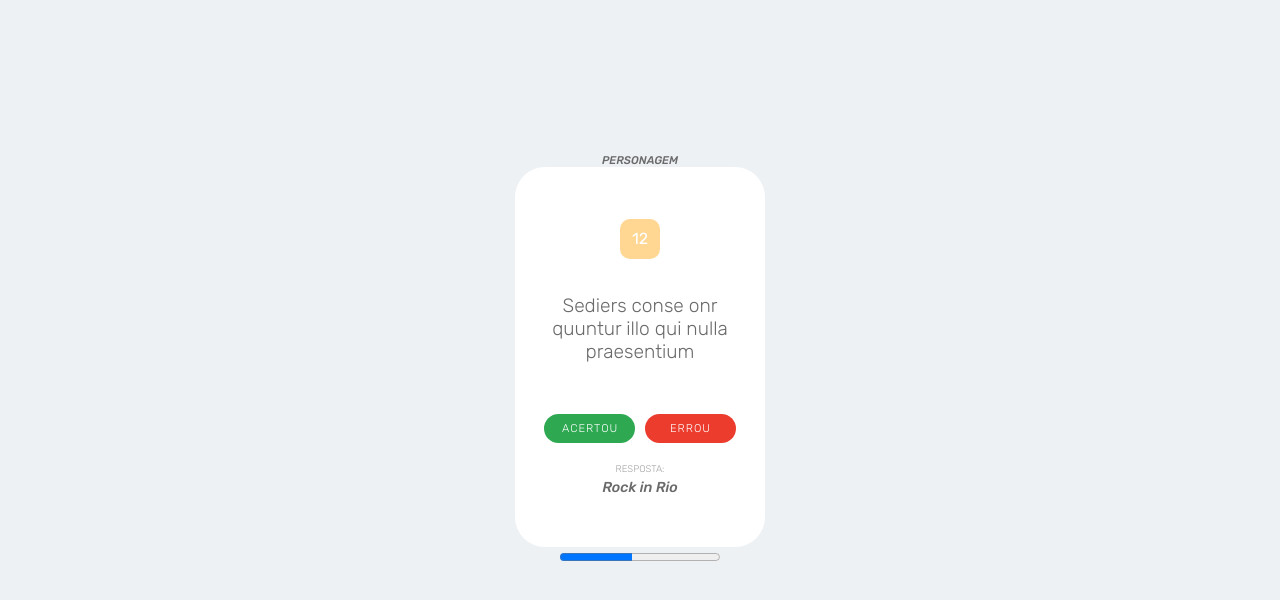
Repository: lucasthaynan/acertai
Page: index.html
An editor plug-in stored every save of this project. The page is shown before and after the next save, followed by the edit.
The browser window is 1280 px wide. The pictures show the whole page.

Above is the page before, as saved 2024-04-14 20:59:24.

### index.html
<!DOCTYPE html>
<html lang="en">
<head>
    <meta charset="UTF-8">
    <meta http-equiv="X-UA-Compatible" content="IE=edge">
    <meta name="viewport" content="width=device-width, initial-scale=1.0">
    <link rel="stylesheet" href="style.css">

    <title>AcertAí - Jogo</title>
</head>
<body>

    <section class="home">

        <div class="head-game">
            <img src="./imagens/logo.png" alt="">
            <div class="curve"></div>
        </div>

        <div class="option-times">
            <div class="two-times">2 times</div>
            <div class="three-times">3 times</div>
        </div>

    </section>

    <section class="info-times">

        <div class="container">
            <div class="name">
                <label>Nome do time</label>
                <input type="text" name="name_time" placeholder="Time A">
            </div>

            <div class="avatar">
                <p>Selecionar avatar</p>
                <div class="options-avatar">

                    <div class="image select" id="a">
                        <img src="./imagens/avatar/avatar_a.jpg" alt="">
                    </div>
                    <div class="image" id="b">
                        <img src="./imagens/avatar/avatar_a.jpg" alt="">
                    </div>
                    <div class="image" id="c">
                        <img src="./imagens/avatar/avatar_a.jpg" alt="">
                    </div>
                    <div class="image" id="d">
                        <img src="./imagens/avatar/avatar_a.jpg" alt="">
                    </div>
                    <div class="image" id="e">
                        <img src="./imagens/avatar/avatar_a.jpg" alt="">
                    </div>
                    <div class="image" id="f">
                        <img src="./imagens/avatar/avatar_a.jpg" alt="">
                    </div>
                </div>

            </div>

            <div class="container-btn">
                <input type="submit" value="Concluir">
            </div>

        </div>
    </section>


    <section class="random-category">
        <div class="category lugar view">
            <p>Lugar</p>
        </div>
        <div class="category personagem">
            <p>Personagem</p>
        </div>
        <div class="category tecnologia">
            <p>Tecnologia</p>
        </div>
        <div class="category objeto">
            <p>Objeto</p>
        </div>
        <div class="category ano">
            <p>Ano</p>
        </div>
    </section>

    <section class="select-tips personagem">

        <div class="name-category">
            <p>Personagem</p>
        </div>

        <div class="container options-game">

            <p>Escolher dica</p>

            <div class="options">
                <div class="btn" id="1">01</div>
                <div class="btn select" id="2">02</div>
                <div class="btn" id="3">03</div>
                <div class="btn" id="4">04</div>
                <div class="btn" id="5">05</div>
                <div class="btn" id="6">06</div>
                <div class="btn" id="7">07</div>
                <div class="btn" id="8">08</div>
                <div class="btn" id="9">09</div>
                <div class="btn" id="10">10</div>
                <div class="btn" id="11">11</div>
                <div class="btn" id="12">12</div>
                <div class="btn" id="13">13</div>
                <div class="btn" id="14">14</div>
                <div class="btn" id="15">15</div>
                <div class="btn" id="16">16</div>
                <div class="btn" id="17">17</div>
                <div class="btn" id="18">18</div>
                <div class="btn" id="19">19</div>
                <div class="btn" id="20">20</div>
            </div>

        </div>

        <div class="container tip">

            <div>
                <div class="number-tip">12</div>
                <div class="phrase">
                    <p>Sediers conse onr quuntur illo qui nulla praesentium</p>
                </div>
                <div class="btns-result">
                    <div class="right">Acertou</div>
                    <div class="missed">Errou</div>
                </div>

                <div class="result-correct">
                    <p>Resposta:</p>
                    <p class="name-correct">Rock in Rio</p>
                </div>
            </div>

        </div>

        <div class="time-process">

            <progress class="progress is-info" value="45" max="100">
                45%
            </progress>
        </div>

    </section>



    <script src="./main.js"></script>
</body>
</html>

### style.css


@import url('https://fonts.googleapis.com/css2?family=Rubik:ital,wght@0,300..900;1,300..900&display=swap');


:root {
  --lugar: #FFD793;
  --personagem: #4074F5;
  --tecnologia: #28A37A;
  --objeto: #FE8369;
  --ano: #AF55CC;

  --bg-secundaria: #4074F5;
  --bg-claro: #FFFFFF;
  --bg: #EDF1F4;

  --text-claro: #FFFFFF;
  --text-escuro: #6A6A6A;

  --border: #E8EAEE;
  --border-active: #4074F5;

  --btn-right: #2FA852;
  --btn-missed: #EB3C2E;
}

* {
  margin: 0;
  padding: 0;

  font-family: "Rubik", sans-serif;
  font-optical-sizing: auto;
  font-size: 1rem;
  font-weight: 400;
  font-style: normal;

}


section {
    display: none;
    width: 100vw;
    height: 100vh;
    flex-direction: column;
    align-items: center;
    justify-content: flex-start;

}

p {
    font-size: 0.7rem;
    color: var(--text-escuro);
    font-style: italic;
    font-weight: 500;
    text-transform: uppercase;
}

/* HOME */

section.home {
    /* display: flex; */
    display: none;
    background-color: var(--bg);
}

section.home > div.head-game {
    display: flex;
    flex-direction: column;
    align-items: center;
    justify-content: center;
    width: 100vw;
    height: 230px;
    background-color: var(--bg-secundaria);
}

section.home > div.head-game img {
    width: 170px;
}

section.home > div.option-times {
    margin-top: 50px;
}

section.home > div.option-times > div {

    background-color: var(--btn-right);
    color: var(--text-claro);
    text-align: center;
    padding: 10px 40px;
    border-radius: 50px;
    margin-top: 30px;

    letter-spacing: 2.5px;
    text-transform: uppercase;
    font-weight: 300;
    font-size: 0.9rem;

    /* filter: drop-shadow(2px 2px 3px #d4d4d4); */

}


/* INFOS TIMES */

section.info-times {
    /* display: flex; */
    display: none;
    justify-content: center;
    align-items: center;
    background-color: var(--bg);
}

section.info-times .container {
    width: 250px;
    height: 400px;
    border-radius: 30px;
    background-color: var(--bg-claro);
}

section.info-times .avatar {
    display: flex;
    flex-direction: row;
    flex-wrap: wrap;
    justify-content: center;
    align-items: center;
}

section.info-times .options-avatar {
    display: flex;
    flex-direction: row;
    flex-wrap: wrap;
    justify-content: center;
    align-items: center;
    gap: 5px;
}


section.info-times .avatar img {
    width: 60px;
    border: 2px solid var(--border);
    border-radius: 16px;
    cursor: pointer;
}

section.info-times .avatar .select > img {
    border: 2px solid var(--border-active);
}

section.info-times .name {
    display: flex;
    flex-direction: column;
    justify-content: center;
    align-items: center;
    margin: 30px 0;
}

section.info-times .name label,
section.info-times .avatar p {
    font-size: 0.7rem;
    color: var(--text-escuro);
    font-style: italic;
    font-weight: 500;
    text-transform: uppercase;
    margin: 7px 0px;
}

section.info-times .container-btn {
    display: flex;
    justify-content: center;
    margin-top: 20px;
}


section.info-times .container-btn input {

    background-color: var(--btn-right);
    color: var(--text-claro);
    text-align: center;
    padding: 8px 25px;
    border-radius: 50px;
    margin-top: 15px;

    letter-spacing: 2.5px;
    text-transform: uppercase;
    font-weight: 300;
    font-size: 0.7rem;

    border: 0px;

}



section.info-times {
    /* display: flex; */
    display: none;
    justify-content: center;
    align-items: center;
    background-color: var(--bg);
}


/* RANDOM CATEGORY */

section.random-category {
    /* display: flex; */
    display: none;
    justify-content: center;
    align-items: center;
    background-color: var(--bg);
}

section.random-category .category {
    display: none;
    width: 100vw;
    height: 100vh;

}

section.random-category .category p {
    background-color: rgba(0, 0, 0, 0.208);
    color: var(--text-claro);
    text-align: center;
    padding: 10px 40px;
    border-radius: 50px;
    margin-top: 15px;

    letter-spacing: 2.5px;
    text-transform: uppercase;
    font-weight: 300;
    font-size: 1.2rem;

    border: 0px;
}

section.random-category .category.view {
    display: flex;
    /* display: none; */
    justify-content: center;
    align-items: center;
    background-color: var(--lugar);
}


section.random-category .category.lugar {
    background-color: var(--lugar);
}

section.random-category .category.personagem {
    background-color: var(--personagem);
}

section.random-category .category.tecnologia {
    background-color: var(--tecnologia);
}

section.random-category .category.ano {
    background-color: var(--ano);
}

section.random-category .category.objeto {
    background-color: var(--objeto);
}



/* SELECT TIPS */

section.select-tips {
    display: flex;
    /* display: none; */
    justify-content: center;
    align-items: center;
    flex-direction: column;
    background-color: var(--bg);
}


section.select-tips .container {
    width: 250px;
    height: 380px;
    border-radius: 30px;
    background-color: var(--bg-claro);
}

section.select-tips .container.options-game {
    /* display: flex; */
    display: none;
    flex-direction: column;
    justify-content: center;
    align-items: center;
}

section.select-tips .container.options-game .options {
    display: flex;
    flex-direction: row;
    justify-content: center;
    align-items: center;
    flex-wrap: wrap;
    gap: 8px;
    padding: 20px 20px;
}

section.select-tips .container.options-game .options div.btn {
    width: 20px;
    height: 20px;
    background-color: var(--lugar);
    padding: 10px;
    border-radius: 10px;
    display: flex;
    justify-content: center;
    align-items: center;
    color: var(--text-claro);
    cursor: pointer;
}


section.select-tips .container.options-game .options div.btn.select {
    opacity: 0.4;
    cursor: none;
    pointer-events: none;
}

section.select-tips .container.tip,
section.select-tips .container.tip > div {
    display: flex;
    /* display: none; */
    flex-direction: column;
    justify-content: center;
    align-items: center;

}

section.select-tips .container.tip > div {
    padding: 30px 20px;
    gap: 20px;
}
section.select-tips .container.tip .number-tip {
    width: 20px;
    height: 20px;
    background-color: var(--lugar);
    padding: 10px;
    border-radius: 10px;
    display: flex;
    justify-content: center;
    align-items: center;
    color: var(--text-claro);
    cursor: pointer;
}

section.select-tips .container.tip .phrase {
    height: 100px;
    display: flex;
    justify-content: center;
    align-items: center;
}

section.select-tips .container.tip .phrase p {
    text-align: center;
    font-size: 1.2rem;
    font-style: normal;
    font-weight: 300;
    text-transform: none;
}

section.select-tips .container.tip .btns-result {
    display: flex;
    flex-direction: row;
    justify-content: center;
    gap: 10px;
}


section.select-tips .container.tip .right,
section.select-tips .container.tip .missed {

    color: var(--text-claro);
    text-align: center;
    padding: 8px 18px;
    border-radius: 50px;
    margin-top: 15px;
    width: 55px;

    letter-spacing: 1px;
    text-transform: uppercase;
    font-weight: 300;
    font-size: 0.7rem;

    border: 0px;
}

section.select-tips .container.tip .right {
    background-color: var(--btn-right);
}

section.select-tips .container.tip .missed {
    background-color: var(--btn-missed);

}

section.select-tips .container.tip .result-correct p:nth-child(1) {
    text-align: center;
    font-size: 0.6rem;
    font-style: normal;
    font-weight: 300;
    text-transform: uppercase;
    color: #a1a1a1;

}

section.select-tips .container.tip .result-correct p.name-correct {
    text-align: center;
    font-size: 0.9rem;
    font-style: bold;
    font-weight: 500;
    text-transform: none;
    margin-top: 5px;
}

### main.js
let dataCartas;

// Função para carregar o JSON via Fetch
function carregarCartas() {
    fetch('./data/cartas.json')
        .then(response => {
            if (!response.ok) {
                throw new Error('Erro ao carregar o arquivo JSON');
            }
            return response.json();
        })
        .then(data => {
            dataCartas = data.cartas;
            // Aqui você pode fazer o que quiser com os dados carregados
            console.log(data);
            // Por exemplo, você pode chamar uma função para manipular as cartas
            manipularCartas(data.cartas);
        })
        .catch(error => {
            console.error('Ocorreu um erro:', error);
        });
}

// Função para embaralhar a ordem das afirmações
function embaralharAfirmações(afirmações) {
    // Copiando o array de afirmações
    const afirmaçõesEmbaralhadas = afirmações.slice();
    // Embaralhando o array
    for (let i = afirmaçõesEmbaralhadas.length - 1; i > 0; i--) {
        const j = Math.floor(Math.random() * (i + 1));
        [afirmaçõesEmbaralhadas[i], afirmaçõesEmbaralhadas[j]] = [afirmaçõesEmbaralhadas[j], afirmaçõesEmbaralhadas[i]];
    }
    return afirmaçõesEmbaralhadas;
}

// Função para manipular as cartas
function manipularCartas(cartas) {
    // Aqui você pode fazer o que quiser com as cartas, como exibir na tela, etc.
    // Por enquanto, vamos apenas imprimir no console
    cartas.forEach(carta => {
        console.log('Categoria:', carta.categoria);
        console.log('Resposta:', carta.resposta);
        console.log('Dificuldade:', carta.dificuldade);
        console.log('Afirmações:');
        const afirmaçõesEmbaralhadas = embaralharAfirmações(carta.afirmações);
        afirmaçõesEmbaralhadas.forEach(afirmação => {
            console.log('-', afirmação);
        });
        console.log('------------------');
    });
}

// Chamando a função para carregar as cartas quando a página é carregada
carregarCartas();

### data/cartas.json
{
    "cartas": [
      {
        "categoria": "Tecnologia",
        "resposta": "QR Code",
        "id": "TEC-01",
        "dificuldade": "médio",
        "afirmações": [
          "Foi criado no Japão",
          "É uma forma de código de barras",
          "Usado para armazenar informações",
          "Pode ser escaneado por smartphones",
          "Utilizado em pagamentos móveis",
          "Desenvolvido originalmente para a indústria automotiva",
          "Possui padrão de matriz quadrada",
          "Pode ser usado em marketing",
          "Armazena mais dados que um código de barras tradicional",
          "Sua leitura é rápida",
          "Contém padrões de erro para integridade de dados",
          "Pode ser personalizado esteticamente",
          "Utilizado em ingressos de eventos",
          "Também serve para acessar sites",
          "Pode conter vCards em eventos de networking",
          "Utilizado em ações de realidade aumentada",
          "Popular em campanhas publicitárias",
          "Pode codificar informação em ambos os eixos",
          "Usado em cartões de visita digitais",
          "Crescente uso em sistemas de saúde"
        ]
      },
      {
        "categoria": "Personagem",
        "resposta": "Cleópatra",
        "id": "PER-01",
        "dificuldade": "médio",
        "afirmações": [
          "Foi a última rainha do Egito",
          "Conhecida por sua beleza e inteligência",
          "Teve um caso com Júlio César",
          "Aliou-se politicamente com Marco Antônio",
          "Descendente da dinastia de Ptolomeu",
          "Sua morte marcou o fim do Egito Ptolomaico",
          "Conhecida por sua habilidosa diplomacia",
          "Famosa por um banho de leite",
          "Representada frequentemente em obras de arte",
          "Uma figura popular na história romana",
          "Foi mãe de Caesário",
          "Sua morte foi por suicídio, dizem, com uma áspide",
          "Ela reinou por 21 anos",
          "Habilmente manteve o poder enquanto aliada de Roma",
          "Tentou restaurar o prestígio de seu reino",
          "Reputada por ser poliglota",
          "Sua história foi dramatizada por Shakespeare",
          "Conhecida também por suas conquistas científicas",
          "Foi um ícone feminino da antiguidade",
          "Sua vida inspirou numerosos filmes"
        ]
      },
      {
        "categoria": "Lugar",
        "resposta": "Ilha de Páscoa",
        "id": "LUG-01",
        "dificuldade": "médio",
        "afirmações": [
          "Localizada no Oceano Pacífico",
          "Conhecida pelos moais, grandes estátuas de pedra",
          "Território é uma província do Chile",
          "É um dos locais mais isolados habitados do mundo",
          "Primeiro contato europeu em 1722",
          "Também chamada de Rapa Nui",
          "Polinésios são considerados os primeiros habitantes",
          "Tem um clima subtropical",
          "É uma atração turística popular",
          "A ilha tem uma área de cerca de 163 km²",
          "Os moais foram criados para honrar antepassados importantes",
          "Inscrita como Patrimônio Mundial da UNESCO",
          "Sua ecologia sofreu devido ao desmatamento",
          "A ilha também possui um vulcão adormecido",
          "Existem teorias sobre a extinção da cultura local",
          "A população local restringe turistas para conservar a cultura",
          "Artefatos antigos são encontrados por toda a ilha",
          "Tem um aeroporto que conecta ao continente",
          "Estudos indicam que a ilha foi povoada no século IV",
          "A ilha tem uma limitada biodiversidade devida à isolamento"
        ]
      },
      {
        "categoria": "Ano",
        "resposta": "1969",
        "id": "ANO-01",
        "dificuldade": "médio",
        "afirmações": [
          "Neil Armstrong pisou na Lua",
          "Woodstock atraiu cerca de 400 mil pessoas",
          "O Concorde fez seu primeiro voo de teste",
          "Richard Nixon tornou-se presidente dos EUA",
          "Primeiro episódio de 'Monty Python' foi ao ar",
          "Internet teve sua precursora, a ARPANET, iniciada",
          "Os Beatles fizeram sua última apresentação pública",
          "O primeiro transplant de olho foi realizado",
          "Liberdade para o amor, do Led Zeppelin, foi lançado",
          "A tropa de elite dos EUA sofreu em embate em Hamburger Hill",
          "O filme 'Butch Cassidy' foi um sucesso de bilheteira",
          "O Boeing 747 fez seu voo inaugural comercial",
          "A Ponte do Rio Kwai desabou",
          "Metralhadoras dispararam pela primeira vez em uma guerra",
          "O projeto Apollo foi televisionado ao vivo",
          "A Sesame Street estreou na televisão dos EUA",
          "Foi introduzida a classificação indicativa em filmes",
          "Os Mets ganharam a World Series pela primeira vez",
          "Primeiro transplante de coração artificial temporário",
          "O Vaticano iniciou reformas litúrgicas"
        ]
      },
      {
        "categoria": "Objeto",
        "resposta": "Fita Cassete",
        "id": "OBJ-01",
        "dificuldade": "fácil",
        "afirmações": [
          "Usada para gravação e reprodução de som",
          "Formato popular nas décadas de 70 e 80",
          "Vendida inicialmente em 1963",
          "Desenvolvida pela Philips",
          "Compacta e portátil comparada a alternativas",
          "Revolutionou a maneira como as pessoas ouviam música",
          "Gradualmente substituída por CDs",
          "Usava fita magnética para armazenar dados",
          "Possuía dois lados, A e B",
          "Pode ser rebobinada e avançada",
          "Foi parte do primeiro Sony Walkman",
          "Permitia criar mixtapes personalizadas",
          "Comumente usada em gravadores e tocadores de fita",
          "Sua qualidade de som é considerada baixa hoje",
          "Foi crucial para a disseminação do punk e novas ondas",
          "Suas vendas declinaram nos anos 90",
          "Experienciando um revival nostálgico",
          "Artistas modernos às vezes lançam neste formato",
          "Prone a enroscar e emaranhar",
          "Uma alternativa mais conveniente aos LPs de vinil"
        ]
      }
    ]
  }

After the next save:
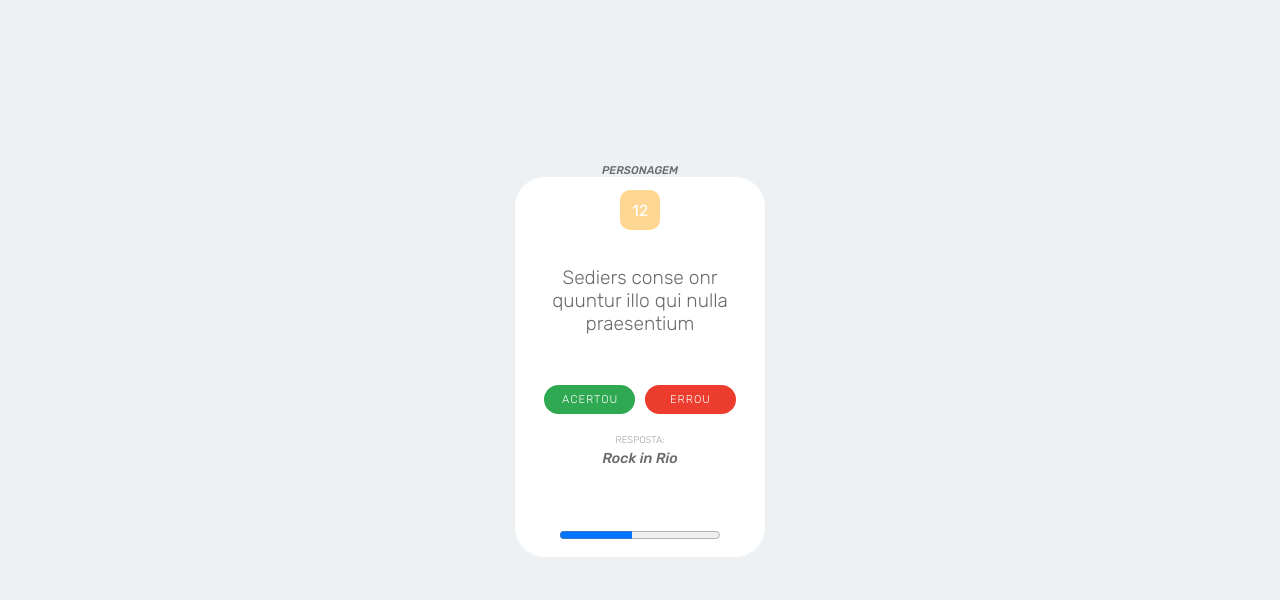
Saved 95 s later.
--- a/index.html
+++ b/index.html
@@ -137,14 +137,14 @@
                 </div>
             </div>
 
+            <div class="time-process">
+
+                <progress class="progress is-info" value="45" max="100">
+                    45%
+                </progress>
+            </div>
         </div>
 
-        <div class="time-process">
-
-            <progress class="progress is-info" value="45" max="100">
-                45%
-            </progress>
-        </div>
 
     </section>
 
